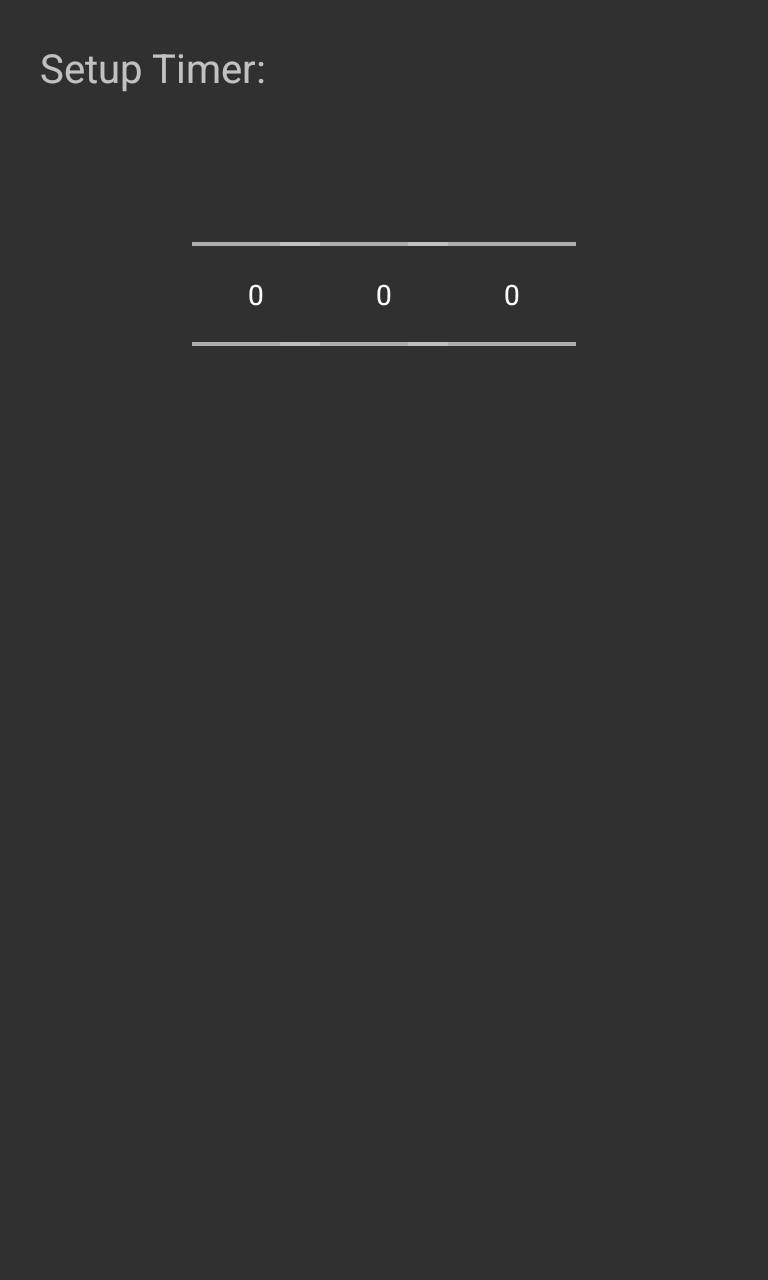
Repository: deanzaka/Shroom-Smart-Terminal
Layout: IOIOShroomST/res/layout/timer.xml
An editor plug-in stored every save of this project. The layout is shown before and after the next save, followed by the edit.
It is drawn on a 768 x 1280 px phone screen (xhdpi) without system bars, with theme Theme.AppCompat; the app's code is not run.

Above is the layout before, as saved 2014-11-18 10:24:00.

After the next save:
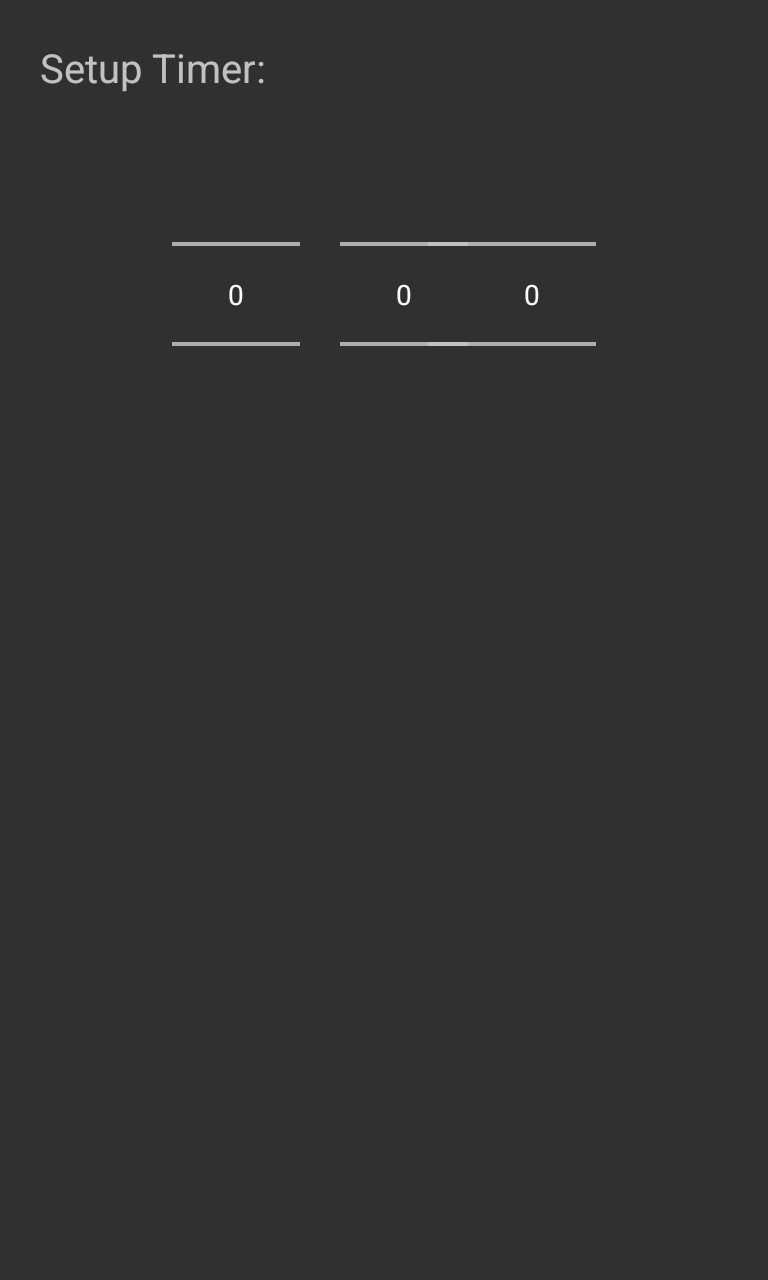
Saved 56 s later.
--- a/IOIOShroomST/res/layout/timer.xml
+++ b/IOIOShroomST/res/layout/timer.xml
@@ -22,7 +22,7 @@
 		    android:id="@+id/userHour"
 		    android:layout_width="wrap_content"
 		    android:layout_height="wrap_content"
-		    android:paddingRight="20dp" />
+		    android:layout_marginRight="20dp" />
 
 	    <NumberPicker
 		    android:id="@+id/userMin"
